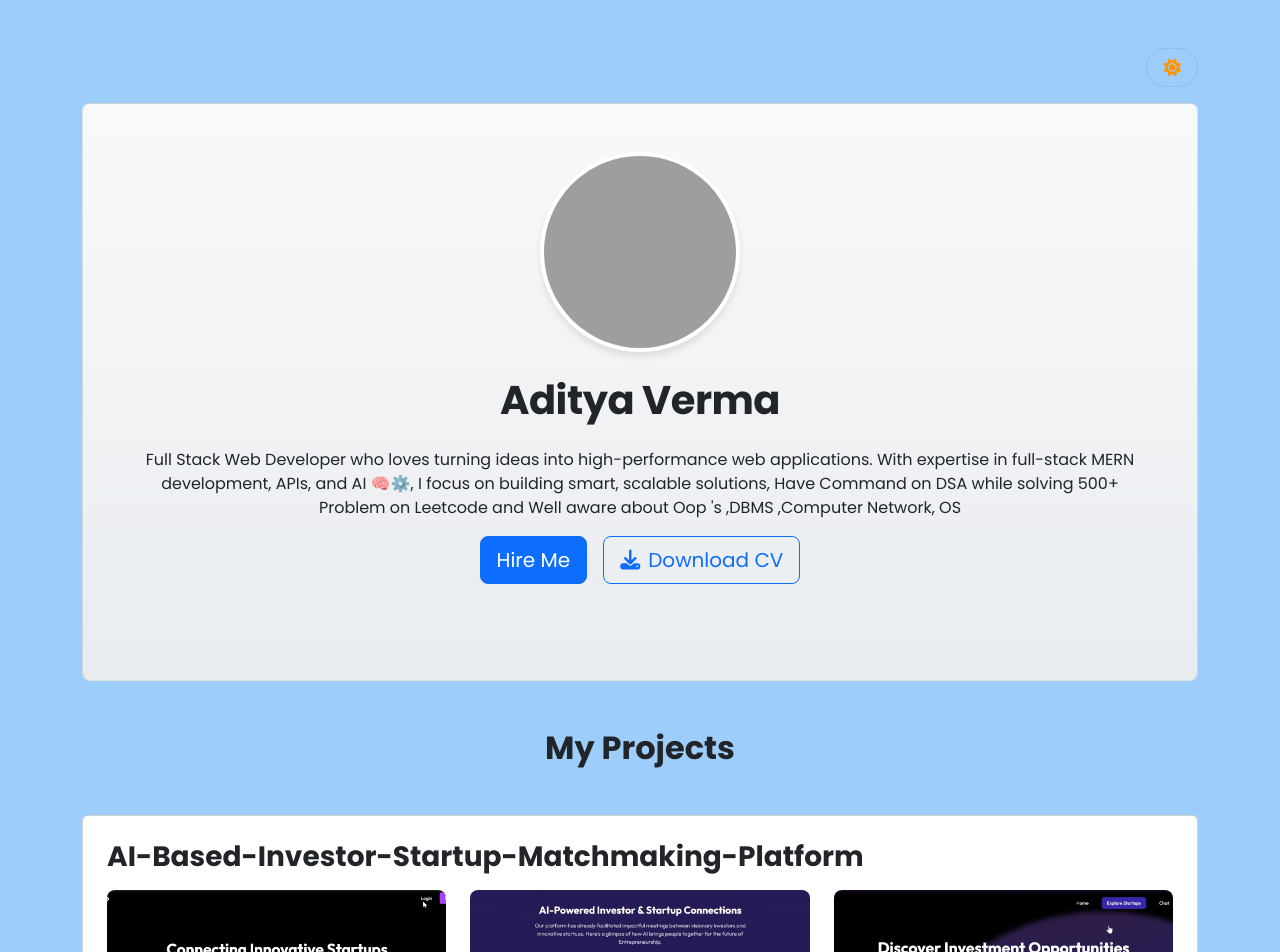
Repository: AdityaTech-Pro/Portfolio-Aditya-Verma
Page: Aditya Portfolio/index.html
An editor plug-in stored every save of this project. The page is shown before and after the next save, followed by the edit.
The browser window is 1280 px wide. The pictures show the part of the page from y = 0 to 952 px (the page is 4959 px tall before and 4999 px after).
Pictures or frames that could not be fetched are drawn as grey boxes.

Above is the page before, as saved 2026-01-07 23:20:31.
Console error: TypeError: Cannot read properties of null (reading 'addEventListener')

After the next save:
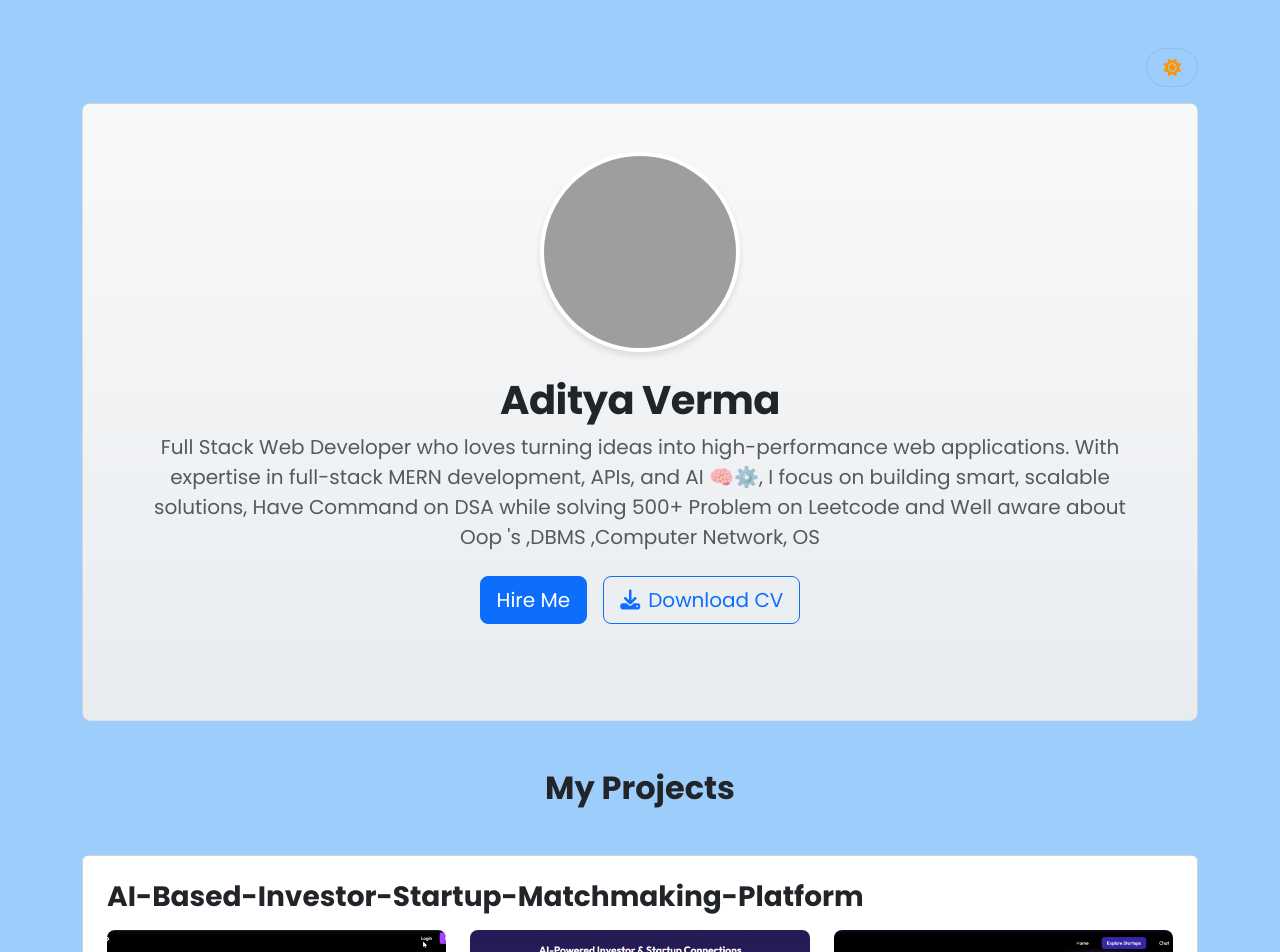
Saved 5 s later.
--- a/Aditya Portfolio/index.html
+++ b/Aditya Portfolio/index.html
@@ -221,8 +221,8 @@
             <img src="https://avatars.githubusercontent.com/u/219658559?s=400&u=7e5a78b2bf82817b3f897e4e53b1019b24af58ee&v=4" alt="Profile Picture" class="profile-img img-fluid rounded-circle mb-4">
 
             <h1 class="fw-bold mb-2">Aditya Verma</h1>
-            <p class="text-muted fs-5 mb-4"></p>Full Stack Web Developer who loves turning ideas into high-performance web applications. With expertise in full-stack MERN development, APIs, and AI 🧠⚙️, I focus on building smart, scalable solutions, Have Command on DSA while solving
-            500+ Problem on Leetcode and Well aware about Oop 's ,DBMS ,Computer Network, OS</p>
+            <p class="text-muted fs-5 mb-4">Full Stack Web Developer who loves turning ideas into high-performance web applications. With expertise in full-stack MERN development, APIs, and AI 🧠⚙️, I focus on building smart, scalable solutions, Have Command on DSA while solving 500+
+                Problem on Leetcode and Well aware about Oop 's ,DBMS ,Computer Network, OS</p>
 
             <!-- Action Buttons -->
             <div class="d-flex justify-content-center gap-3 mb-5">
